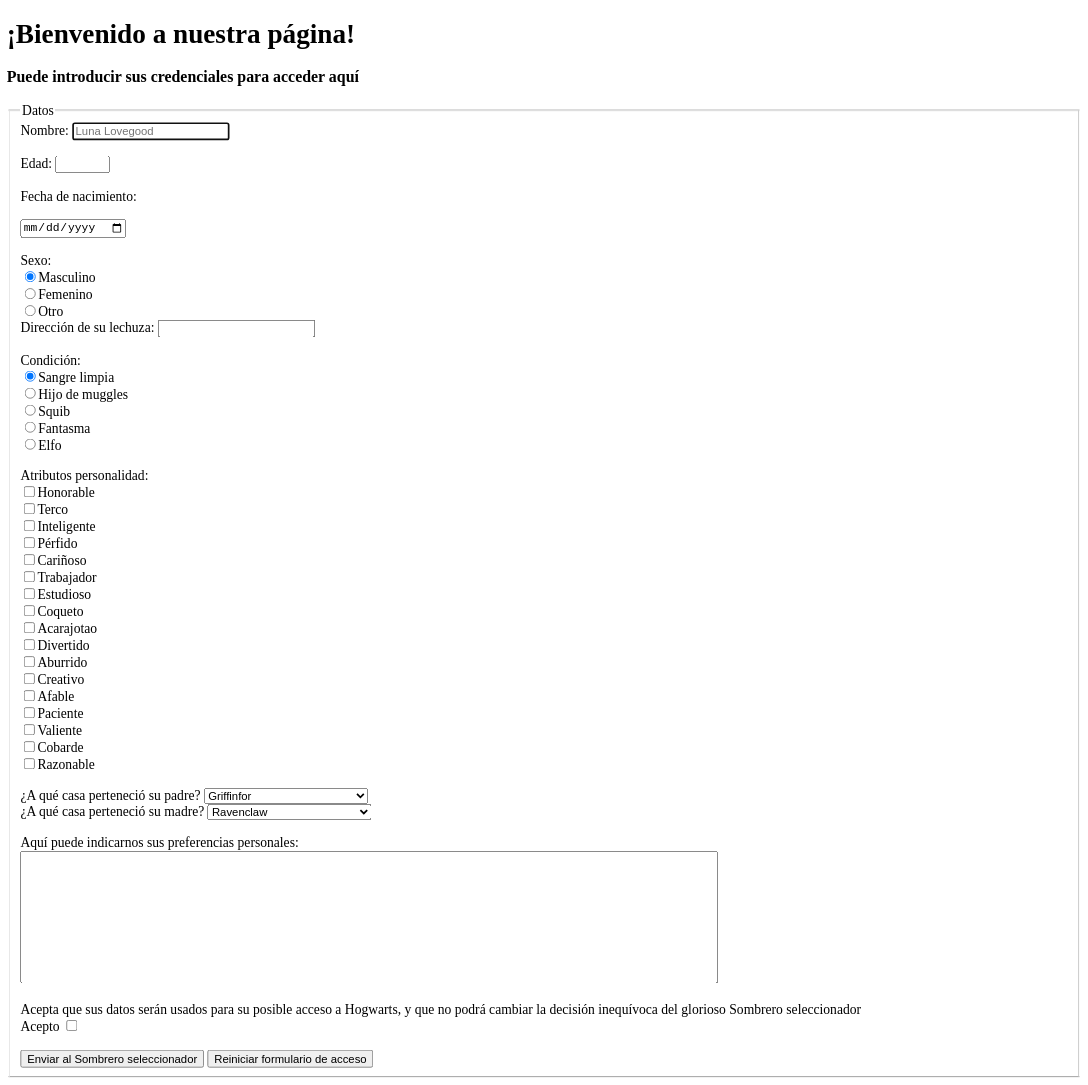
Repository: Pablosky971/Ejercicio-4.-Proyecto-Web
Page: Ejercicio5Servlet/src/main/webapp/formularioLogin.html
These files come from the project's save history. The page is drawn as it stood at one moment and after the next save; the edit follows.
The browser window is 1280 px wide. The pictures show the whole page, at 85% of full size.

Above is the page before, as saved 2022-03-10 12:16:07.

After the next save:
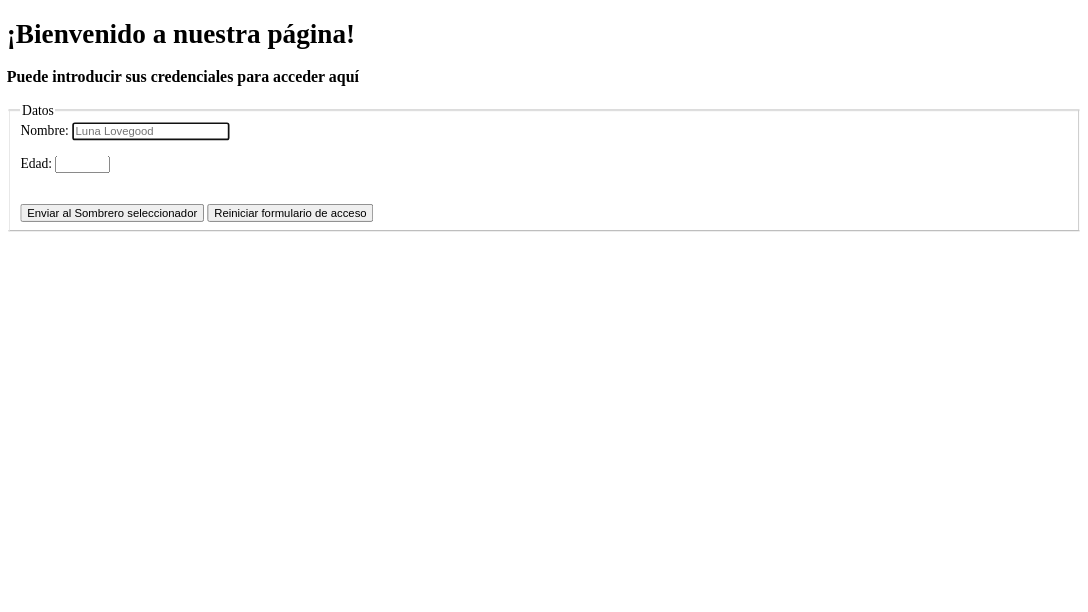
Saved 33 s later.
--- a/Ejercicio5Servlet/src/main/webapp/formularioLogin.html
+++ b/Ejercicio5Servlet/src/main/webapp/formularioLogin.html
@@ -23,89 +23,6 @@
             <input id="edad" type="number" name="edad" min="12" max="100" step="1" requiered/>
             <br/>
             <br />
-            <label for="fecha_nacimiento" >Fecha de nacimiento: </label>
-            <br/>
-             <br/>
-            <input type="date" name="fecha_nacimiento" required>
-
-            <br/>
-            <input id="idMago" type="hidden" name="idMago" value="792"/>
-            <br/>
-
-            <label for="sexo">Sexo: </label>
-            <br />
-            <input type="radio" name="sexo" value="Masculino" checked />Masculino<br />
-            <input type="radio" name="sexo" value="Femenino" />Femenino<br />
-            <input type="radio" name="sexo" value="Otro" />Otro<br />
-
-            <label for="contacto1">Dirección de su lechuza: </label>
-            <input type="email" name="contacto1" required/>
-            <br/>
-             <br/>
-
-            <label for="condicion">Condición: </label>
-            <br />
-            <input type="radio" name="condicion" value="SL" checked />Sangre limpia<br />
-            <input type="radio" name="condicion" value="HM" />Hijo de muggles<br />
-            <input type="radio" name="condicion" value="SQ" />Squib<br />
-            <input type="radio" name="condicion" value="F" />Fantasma<br />
-            <input type="radio" name="condicion" value="E" />Elfo<br />
-
-
-            <br/>
-            <label for="personalidad">Atributos personalidad: </label>
-            <br />
-            <input type="checkbox" name="personalidad" value="Honorable" />Honorable<br />
-            <input type="checkbox" name="personalidad" value="Terco" />Terco<br />
-            <input type="checkbox" name="personalidad" value="Inteligente" />Inteligente<br />
-            <input type="checkbox" name="personalidad" value="Pérfido" />Pérfido<br />
-            <input type="checkbox" name="personalidad" value="Cariñoso" />Cariñoso<br />
-            <input type="checkbox" name="personalidad" value="Trabajador" />Trabajador<br />
-            <input type="checkbox" name="personalidad" value="Estudioso" />Estudioso<br />
-            <input type="checkbox" name="personalidad" value="Coqueto" />Coqueto<br />
-            <input type="checkbox" name="personalidad" value="Acarajotao" />Acarajotao<br />
-            <input type="checkbox" name="personalidad" value="Divertido" />Divertido<br />
-            <input type="checkbox" name="personalidad" value="Aburrido" />Aburrido<br />
-            <input type="checkbox" name="personalidad" value="Creativo" />Creativo<br />
-            <input type="checkbox" name="personalidad" value=">Afable" />Afable<br />
-            <input type="checkbox" name="personalidad" value="Paciente" />Paciente<br />
-            <input type="checkbox" name="personalidad" value="Valiente" />Valiente<br />
-            <input type="checkbox" name="personalidad" value="Cobarde" />Cobarde<br />
-            <input type="checkbox" name="personalidad" value="Razonable" />Razonable<br />
-            <br/>
-
-            <label for="casa_padre">¿A qué casa perteneció su padre? </label>
-            <select name="casa_padre">
-                <option value="Griffinfor" selected>Griffinfor</option>
-                <option value="Slytherin">Slytherin</option>
-                <option value="Ravenclaw">Ravenclaw</option>
-                <option value="Hufflepuff">Hufflepuff</option>
-                <option value="Ninguna">Ninguna (es muggle o squib)</option>
-            </select>
-            <br />
-
-            <label for="casa_madre">¿A qué casa perteneció su madre? </label>
-            <select name="casa_madre">
-                <option value="Griffinfor">Griffinfor</option>
-                <option value="Slytherin">Slytherin</option>
-                <option value="Ravenclaw" selected>Ravenclaw</option>
-                <option value="Hufflepuff">Hufflepuff</option>
-                <option value="Ninguna">Ninguna (es muggle o squib)</option>
-            </select>
-            <br />
-
-            <br/>
-            <label for="preferencias">Aquí puede indicarnos sus preferencias personales: </label>
-            <br />
-
-            <textarea style="resize: none;" rows="10" cols="100" name="preferencias"></textarea>
-
-            <br/>
-            <br/>
-            <label for="terminos">Acepta que sus datos serán usados para su posible acceso a Hogwarts, y que no podrá cambiar la decisión inequívoca del glorioso Sombrero seleccionador </label>
-            <br/>
-            Acepto <input type="checkbox" name="terminos" value="Si" required/>
-            <br/>
 
             <br/>
             <input class="submit" type="submit" value="Enviar al Sombrero seleccionador" />
